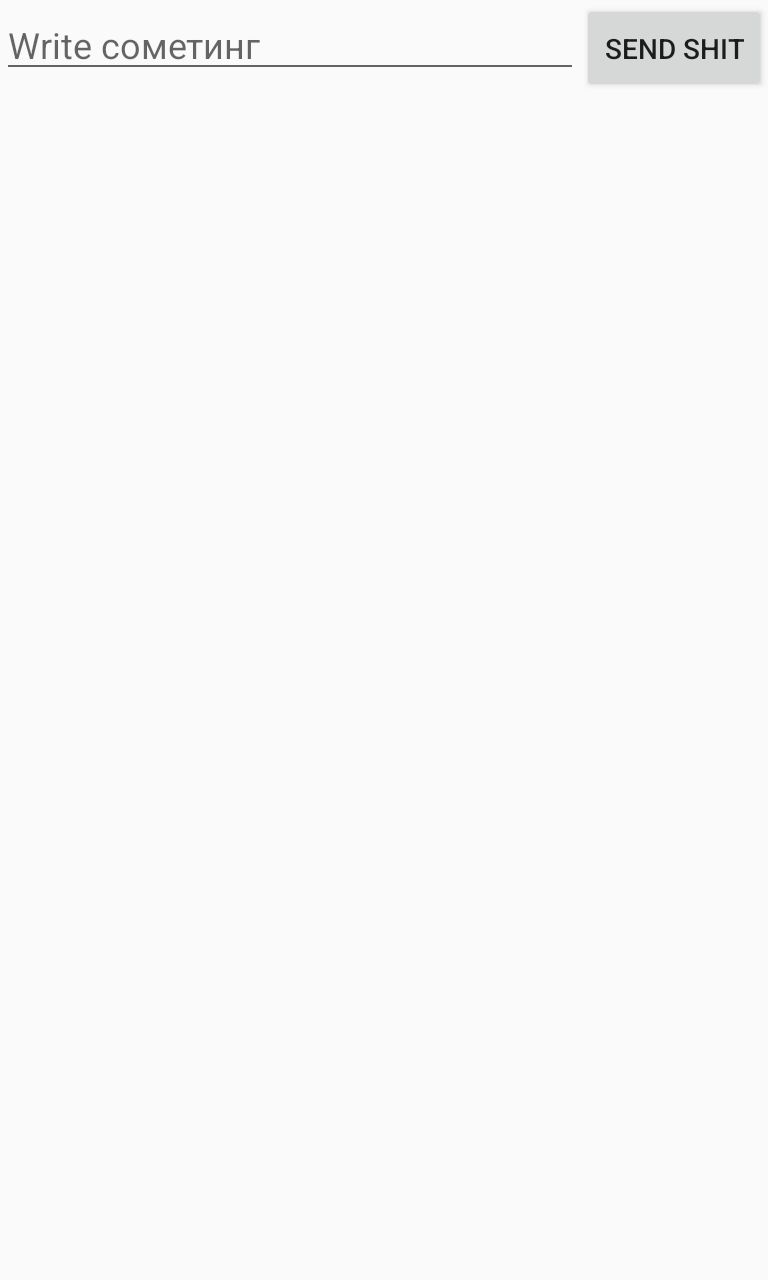
Repository: SVasilev/TimeWaste
Layout: TimeWaste/res/layout/activity_time_waste.xml
An editor plug-in stored every save of this project. The layout is shown before and after the next save, followed by the edit.
It is drawn on a 768 x 1280 px phone screen (xhdpi) without system bars, with theme AppTheme; the app's code is not run.

Above is the layout before, as saved 2014-07-19 14:47:41.

After the next save:
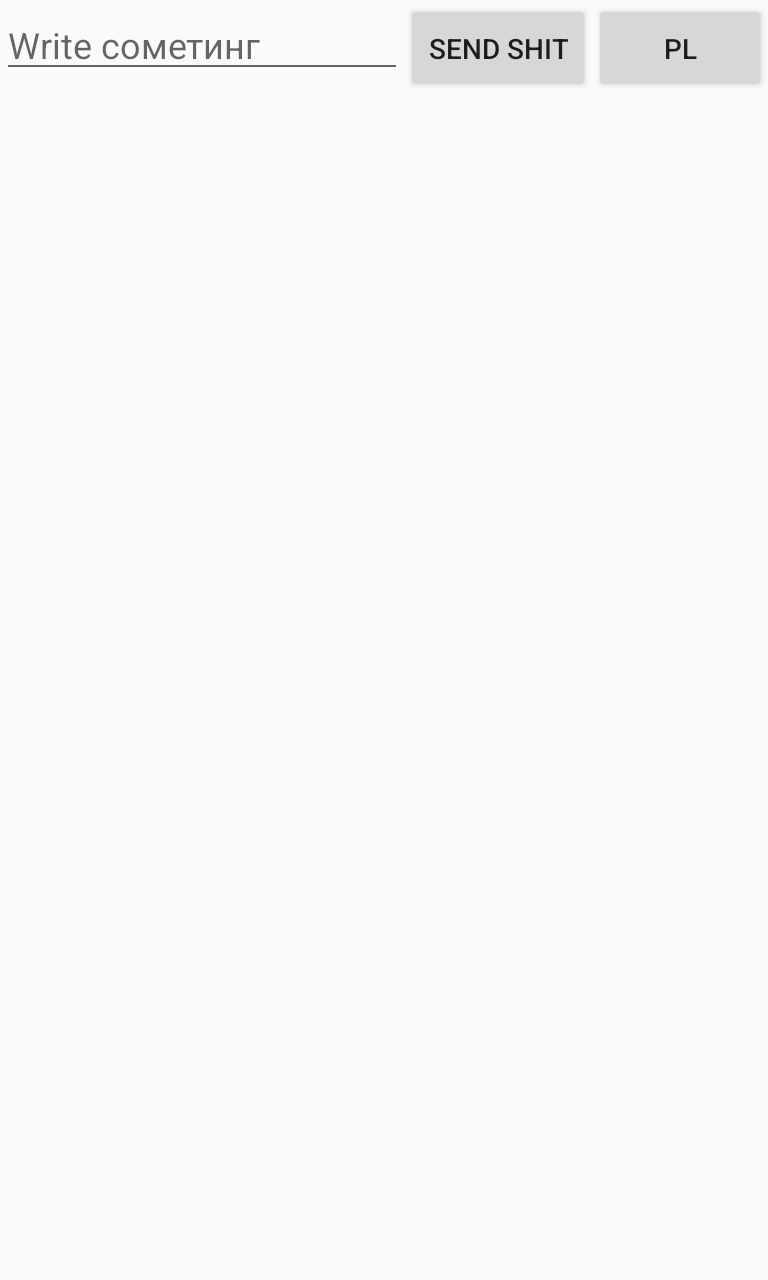
Saved 2 h 4 min later.
--- a/TimeWaste/res/layout/activity_time_waste.xml
+++ b/TimeWaste/res/layout/activity_time_waste.xml
@@ -16,6 +16,12 @@
         android:layout_height="wrap_content"
         android:text="Send shiT"
         android:onClick="sendMessage" />
-    	<!-- android:onClick="sendMessage" Нещо не мога да го подкарам  -->
+
+    <Button
+        android:id="@+id/button_play"
+        android:layout_width="wrap_content"
+        android:layout_height="wrap_content"
+        android:text="Pl"
+        android:onClick="sendMessage" />
 
 </LinearLayout>
